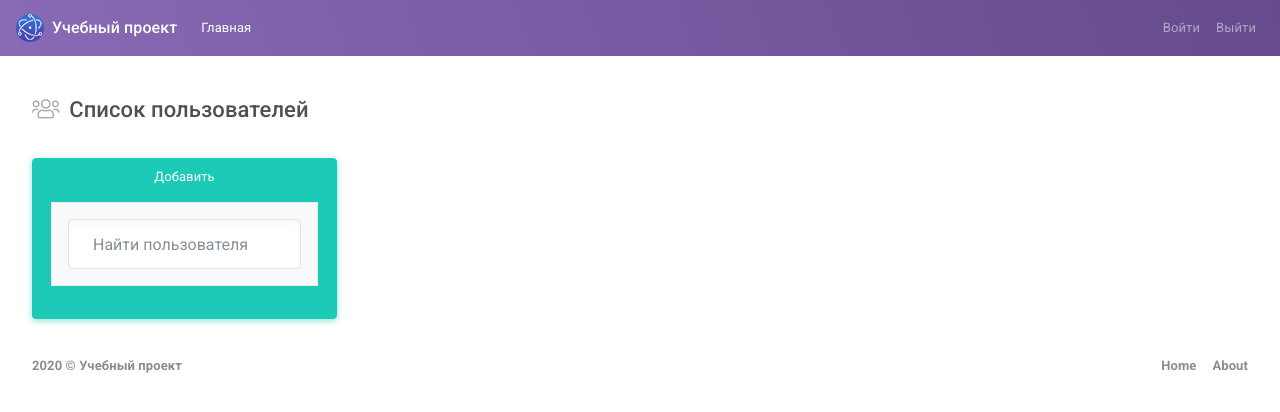
Repository: saberzhan19/diving
Page: http://localhost/users.php
The author's editor kept a copy of each file at every save. The page is drawn from the files as they stood at one save, then again after a run of saves.
The browser window is 1280 px wide. The pictures show the whole page.
The page is run by PHP 8.4 with error messages shown; the project is at /var/www/html/. Queries for data that is not in the repository find no rows.

Above is the page before, as saved 2022-03-05 06:43:51.
Console error: TypeError: Cannot read properties of undefined (reading 'match')

### users.php
<?php
    require "functions.php";
?>

<!DOCTYPE html>
<html lang="en">
<head>
    <meta charset="UTF-8">
    <title>Document</title>
    <meta name="description" content="Chartist.html">
    <meta http-equiv="X-UA-Compatible" content="IE=edge">
    <meta name="viewport" content="width=device-width, initial-scale=1, shrink-to-fit=no, user-scalable=no, minimal-ui">
    <link id="vendorsbundle" rel="stylesheet" media="screen, print" href="css/vendors.bundle.css">
    <link id="appbundle" rel="stylesheet" media="screen, print" href="css/app.bundle.css">
    <link id="myskin" rel="stylesheet" media="screen, print" href="css/skins/skin-master.css">
    <link rel="stylesheet" media="screen, print" href="css/fa-solid.css">
    <link rel="stylesheet" media="screen, print" href="css/fa-brands.css">
    <link rel="stylesheet" media="screen, print" href="css/fa-regular.css">
</head>
    <body class="mod-bg-1 mod-nav-link">
        <nav class="navbar navbar-expand-lg navbar-dark bg-primary bg-primary-gradient">
            <a class="navbar-brand d-flex align-items-center fw-500" href="users.html"><img alt="logo" class="d-inline-block align-top mr-2" src="img/logo.png"> Учебный проект</a> <button aria-controls="navbarColor02" aria-expanded="false" aria-label="Toggle navigation" class="navbar-toggler" data-target="#navbarColor02" data-toggle="collapse" type="button"><span class="navbar-toggler-icon"></span></button>
            <div class="collapse navbar-collapse" id="navbarColor02">
                <ul class="navbar-nav mr-auto">
                    <li class="nav-item active">
                        <a class="nav-link" href="http://rahimain/diving/">Главная <span class="sr-only">(current)</span></a>
                    </li>
                </ul>
                <ul class="navbar-nav ml-auto">
                    <li class="nav-item">
                        <a class="nav-link" href="page_login.php">Войти</a>
                    </li>
                    <li class="nav-item">
                        <a class="nav-link" href="/">Выйти</a>
                    </li>
                </ul>
            </div>
        </nav>

        <main id="js-page-content" role="main" class="page-content mt-3">

            <?php if(isset($_SESSION['success'])): ?>
            <!-- <div class="alert alert-success"> -->
                <? echo display_flash_message['success']; ?>
                <!-- Профиль успешно обновлен. -->
            <!-- </div> -->
            <? endif;
                if(isset($_SESSION['danger'])): ?>
                <? echo display_flash_message['danger']; ?>
            <? endif;?>

            <div class="subheader">
                <h1 class="subheader-title">
                    <i class='subheader-icon fal fa-users'></i> Список пользователей
                </h1>
            </div>
            <div class="row">
                <div class="col-xl-12">

                    <if
                    <a class="btn btn-success" href="create_user.php">Добавить</a>

                    <div class="border-faded bg-faded p-3 mb-g d-flex mt-3">
                        <input type="text" id="js-filter-contacts" name="filter-contacts" class="form-control shadow-inset-2 form-control-lg" placeholder="Найти пользователя">
                        <div class="btn-group btn-group-lg btn-group-toggle hidden-lg-down ml-3" data-toggle="buttons">
                            <label class="btn btn-default active">
                                <input type="radio" name="contactview" id="grid" checked="" value="grid"><i class="fas fa-table"></i>
                            </label>
                            <label class="btn btn-default">
                                <input type="radio" name="contactview" id="table" value="table"><i class="fas fa-th-list"></i>
                            </label>
                        </div>
                    </div>
                </div>
            </div>

            <?php

                $pdo = new PDO("mysql:host=localhost;dbname=rahimain", "root", "");

                $sql = "SELECT* FROM people";

                $statement = $pdo->prepare($sql);
                $statement->execute();
                $users = $statement->fetchAll(PDO::FETCH_ASSOC);

            ?>

            <div class="row" id="js-contacts">

                <?php foreach ($users as $user): ?>

                    <div class="col-xl-4">
                        <div id="<? echo $user['id'] ?>" class="card border shadow-0 mb-g shadow-sm-hover" data-filter-tags="<? echo $user['data-filter-tags'] ?>">
                        <div class="card-body border-faded border-top-0 border-left-0 border-right-0 rounded-top">
                            <div class="d-flex flex-row align-items-center">
                                <span class="status <? echo $user['status'];?> mr-3">
                                    <span class="rounded-circle profile-image d-block " style="background-image:url('<? echo $user['avatar'] ?>'); background-size: cover;"></span>
                                </span>
                                <div class="info-card-text flex-1">
                                    <a href="javascript:void(0);" class="fs-xl text-truncate text-truncate-lg text-info" data-toggle="dropdown" aria-expanded="false">

                                        <? echo $user['username'] ?>

                                        <i class="fal fas fa-cog fa-fw d-inline-block ml-1 fs-md"></i>
                                        <i class="fal fa-angle-down d-inline-block ml-1 fs-md"></i>
                                    </a>
                                    <div class="dropdown-menu">
                                        <a class="dropdown-item" href="edit.html">
                                            <i class="fa fa-edit"></i>
                                        Редактировать</a>
                                        <a class="dropdown-item" href="security.html">
                                            <i class="fa fa-lock"></i>
                                        Безопасность</a>
                                        <a class="dropdown-item" href="status.html">
                                            <i class="fa fa-sun"></i>
                                        Установить статус</a>
                                        <a class="dropdown-item" href="media.html">
                                            <i class="fa fa-camera"></i>
                                            Загрузить аватар
                                        </a>
                                        <a href="#" class="dropdown-item" onclick="return confirm('are you sure?');">
                                            <i class="fa fa-window-close"></i>
                                            Удалить
                                        </a>
                                    </div>
                                    <span class="text-truncate text-truncate-xl"><? echo $user['job'] ?> </span>
                                </div>
                                <button class="js-expand-btn btn btn-sm btn-default d-none" data-toggle="collapse" data-target="#c_1 > .card-body + .card-body" aria-expanded="false">
                                    <span class="collapsed-hidden">+</span>
                                    <span class="collapsed-reveal">-</span>
                                </button>
                            </div>
                        </div>
                        <div class="card-body p-0 collapse show">
                            <div class="p-3">
                                <a href="tel:+13174562564" class="mt-1 d-block fs-sm fw-400 text-dark">
                                    <i class="fas fa-mobile-alt text-muted mr-2"></i> <? echo $user['phone'] ?> </a>
                                <a href="mailto:oliver.kopyov@smartadminwebapp.com" class="mt-1 d-block fs-sm fw-400 text-dark">
                                    <i class="fas fa-mouse-pointer text-muted mr-2"></i> <? echo $user['email'] ?></a>
                                <address class="fs-sm fw-400 mt-4 text-muted">
                                    <i class="fas fa-map-pin mr-2"></i> <? echo $user['address'] ?></address>
                                <div class="d-flex flex-row">
                                    <a href="javascript:void(0);" class="mr-2 fs-xxl" style="color:#4680C2">
                                        <i class="fab fa-vk"></i>
                                    </a>
                                    <a href="javascript:void(0);" class="mr-2 fs-xxl" style="color:#38A1F3">
                                        <i class="fab fa-telegram"></i>
                                    </a>
                                    <a href="javascript:void(0);" class="mr-2 fs-xxl" style="color:#E1306C">
                                        <i class="fab fa-instagram"></i>
                                    </a>
                                </div>
                            </div>
                        </div>
                      </div>
                     </div>

                <?php endforeach; ?>


            </div>
        </main>

        <!-- BEGIN Page Footer -->
        <footer class="page-footer" role="contentinfo">
            <div class="d-flex align-items-center flex-1 text-muted">
                <span class="hidden-md-down fw-700">2020 © Учебный проект</span>
            </div>
            <div>
                <ul class="list-table m-0">
                    <li><a href="intel_introduction.html" class="text-secondary fw-700">Home</a></li>
                    <li class="pl-3"><a href="info_app_licensing.html" class="text-secondary fw-700">About</a></li>
                </ul>
            </div>
        </footer>

    </body>

    <script src="js/vendors.bundle.js"></script>
    <script src="js/app.bundle.js"></script>
    <script>

        $(document).ready(function()
        {

            $('input[type=radio][name=contactview]').change(function()
                {
                    if (this.value == 'grid')
                    {
                        $('#js-contacts .card').removeClassPrefix('mb-').addClass('mb-g');
                        $('#js-contacts .col-xl-12').removeClassPrefix('col-xl-').addClass('col-xl-4');
                        $('#js-contacts .js-expand-btn').addClass('d-none');
                        $('#js-contacts .card-body + .card-body').addClass('show');

                    }
                    else if (this.value == 'table')
                    {
                        $('#js-contacts .card').removeClassPrefix('mb-').addClass('mb-1');
                        $('#js-contacts .col-xl-4').removeClassPrefix('col-xl-').addClass('col-xl-12');
                        $('#js-contacts .js-expand-btn').removeClass('d-none');
                        $('#js-contacts .card-body + .card-body').removeClass('show');
                    }

                });

                //initialize filter
                initApp.listFilter($('#js-contacts'), $('#js-filter-contacts'));
        });

    </script>
</html>

### functions.php
<?php

function get_user_by_email( $email ) {

    $email = $_POST["email"];
    $password = $_POST["password"];

    $pdo = new PDO("mysql:host=localhost;dbname=rahimain", "root", "");

    $sql = "SELECT * FROM diving WHERE email = :email";

    $statement = $pdo->prepare($sql);
    $statement->execute([
                "email" => $email
            ]);
    $students = $statement->fetch(PDO::FETCH_ASSOC);

    return $students;

};


function set_flash_message($name, $message) {

    $_SESSION[$name] = $message;

};

function redirect_to($path) {
    header("Location: {$path}");
    exit;
};


function add_user($email, $password) {

    $pdo = new PDO("mysql:host=localhost;dbname=rahimain", "root", "");

    $sql = "INSERT INTO diving (email, password) VALUES (:email, :password)";
    // подготавлеваем запрос
    $statement = $pdo->prepare($sql);
    // выполнениям запрос
    $statement->execute([
         "email" => $email,
         "password" => password_hash($password, PASSWORD_DEFAULT)
    ]);

    return $pdo->lastInsertId();

};


function display_flash_message($name) {

    if(isset($_SESSION["$name"])){

        echo "<div class=\"alert alert-{$name} text-dark\" role=\"alert\">{$_SESSION[$name]}</div>" ;
        unset($_SESSION["$name"]);
    }

};


function login ($email, $password){

    $user = get_user_by_email($email);


    if (!$user) {
        set_flash_message('danger', '<strong>Внимание!</strong> Такого пользователя не существует');
        return false;
    }


     if(!password_verify($password, $user['password'])) {
        set_flash_message('danger' ,'<strong>Внимание!</strong> Пароль не верный');
        return false;
     }

     $_SESSION['diving'] = $user;
     return true;

}

function is_not_logged_in() {
    if(isset($_SESSION['people'])){
        return true;
    }
    return false;
}

function create_user(array $params)
    {
        if(!empty($params['password']))
            $params['password'] = password_hash($params['password'], PASSWORD_DEFAULT);

        if (create('users', $params)) {
            return true;
        }
        return false;
    }


function get_users()
{
    $pdo = new PDO("mysql:host=localhost;dbname=rahimain", "root", "");
    $sql = "SELECT * FROM diving";

    if($_SESSION['diving']['role'] == 1){
        return $pdo->query($sql);
    }else {
        $sql .= ' WHERE id= :id';
        $params = ['id' => $_SESSION['diving']['id']];
        return query($sql, $params);
    }
}

Loaded but not shown: css/vendors.bundle.css (library); css/app.bundle.css (library); css/skins/skin-master.css (library); css/fa-solid.css (common file); css/fa-brands.css (common file); css/fa-regular.css (common file); js/vendors.bundle.js (library); js/app.bundle.js (library); webfonts/fa-light-300.html (common file)

After the next 2 saves:
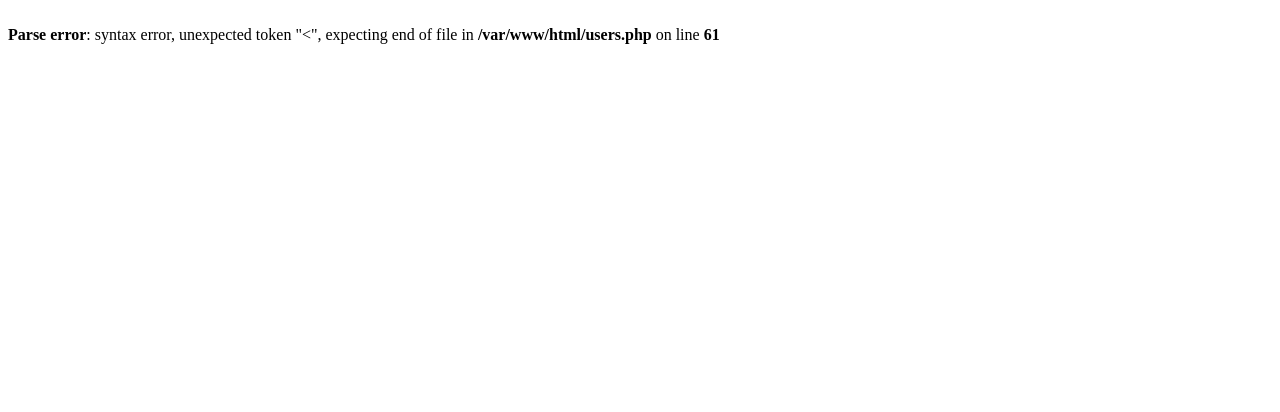
The error is gone.
The 2 saves are shown as one change because they came seconds apart.
The last was saved 8 s later.
--- a/users.php
+++ b/users.php
@@ -57,7 +57,7 @@
             <div class="row">
                 <div class="col-xl-12">
 
-                    <if
+                    <?php
                     <a class="btn btn-success" href="create_user.php">Добавить</a>
 
                     <div class="border-faded bg-faded p-3 mb-g d-flex mt-3">
